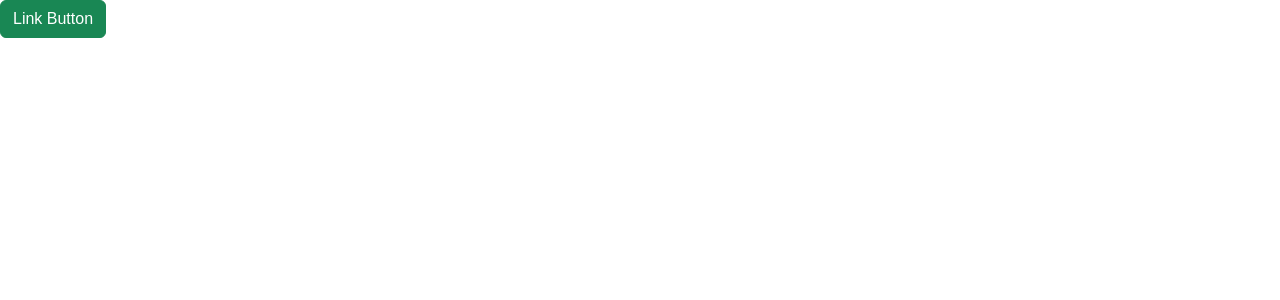
Repository: bjkim247/webproject
Page: webproject/jsptest/src/main/webapp/request.info.html
An editor plug-in stored every save of this project. The page is shown before and after the next save, followed by the edit.
The browser window is 1280 px wide. The pictures show the whole page.

Above is the page before, as saved 2023-11-29 02:09:46.

### webproject/jsptest/src/main/webapp/request.info.html
<!DOCTYPE html>
<html>
<head>
<meta charset="UTF-8">
<title>Insert title here</title>
<link href="https://cdn.jsdelivr.net/npm/bootstrap@5.3.2/dist/css/bootstrap.min.css" rel="stylesheet">
  <script src="https://cdn.jsdelivr.net/npm/bootstrap@5.3.2/dist/js/bootstrap.bundle.min.js"></script>
  <style>
    body {
      font-family: Arial, sans-serif;
      margin: 0;
      padding: 0;
    }

    .content {
      height: 1200px;
    }

    .anchor-section {
      height: 600px;
      background-color: #f0f0f0;
      margin-bottom: 20px;
    }


  </style>
</head>
<body>


  <a href="http://localhost:8080/jsptest/HE" class="btn btn-success">Link Button</a>


  </script>
</body>
</html>

After the next save:
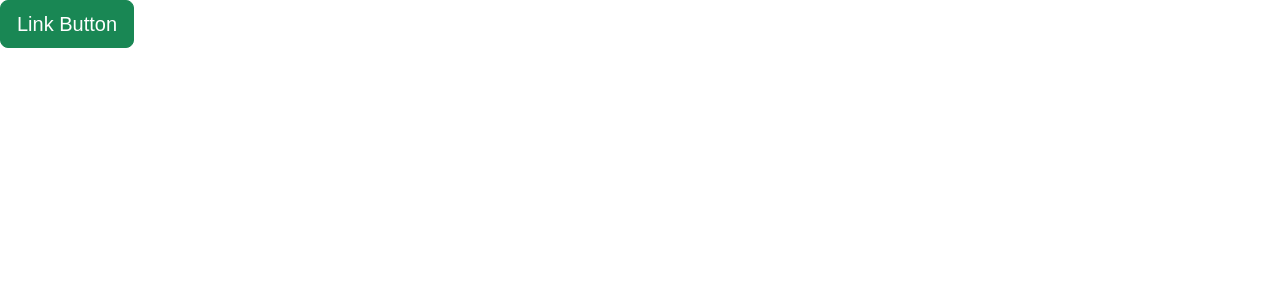
Saved 101 s later.
--- a/webproject/jsptest/src/main/webapp/request.info.html
+++ b/webproject/jsptest/src/main/webapp/request.info.html
@@ -21,6 +21,9 @@
       background-color: #f0f0f0;
       margin-bottom: 20px;
     }
+   .btn btn-success{
+
+    }
 
 
   </style>
@@ -28,7 +31,7 @@
 <body>
 
 
-  <a href="http://localhost:8080/jsptest/HE" class="btn btn-success">Link Button</a>
+  <a href="http://localhost:8080/jsptest/HE" class="btn btn-success btn-lg">Link Button</a>
 
 
   </script>
